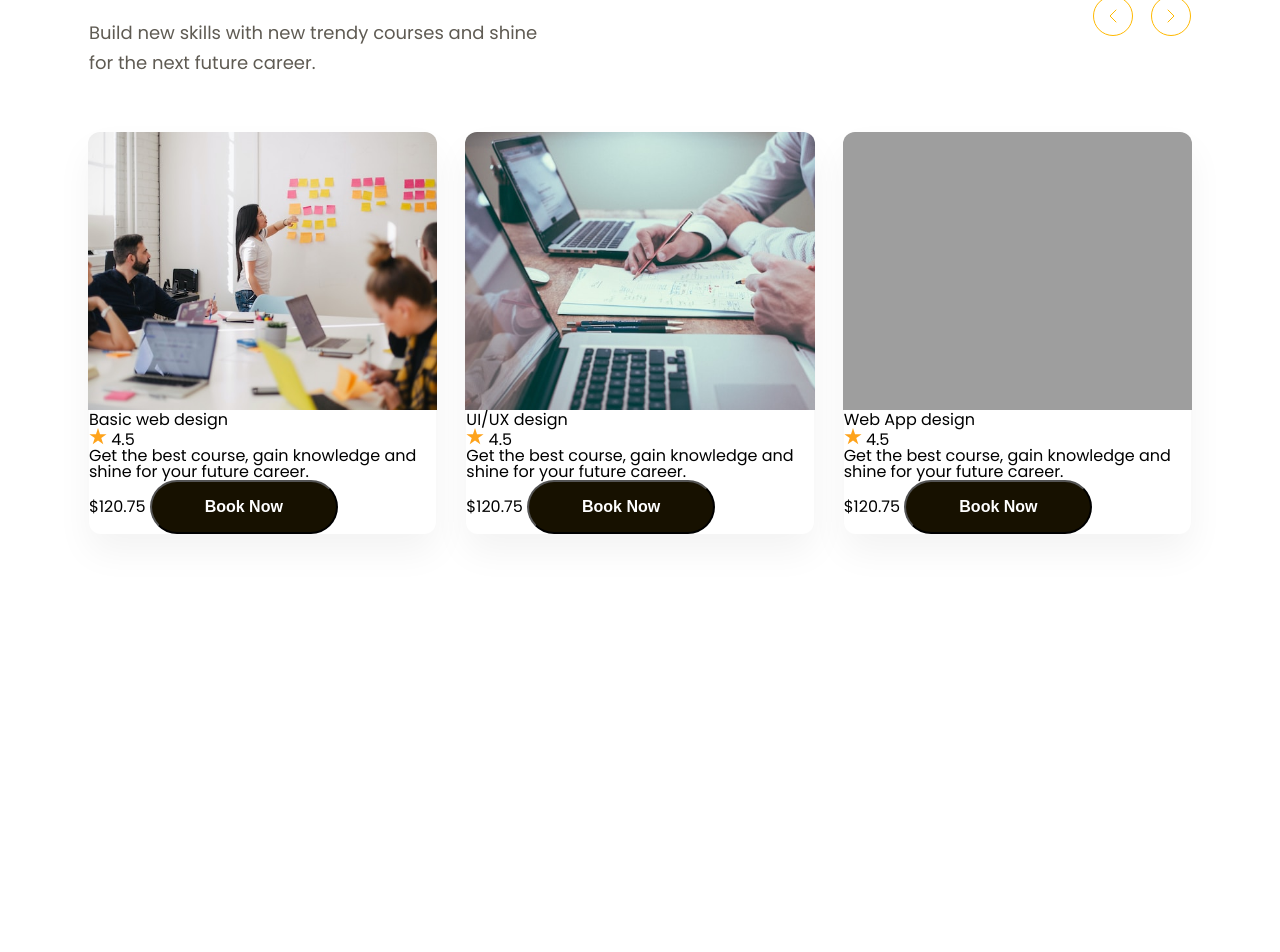
Repository: anhtien111198/f8-htmlcss-02
Page: index.html
An editor plug-in stored every save of this project. The page is shown before and after the next save, followed by the edit.
The browser window is 1280 px wide. The pictures show the part of the page from y = 1146 to 2098 px (the page is 5000 px tall).
Pictures or frames that could not be fetched are drawn as grey boxes. A picture or video elsewhere on the page could not be fetched, so the positions and the page height are approximate.

Above is the page before, as saved 2023-05-09 10:26:31.

After the next save:
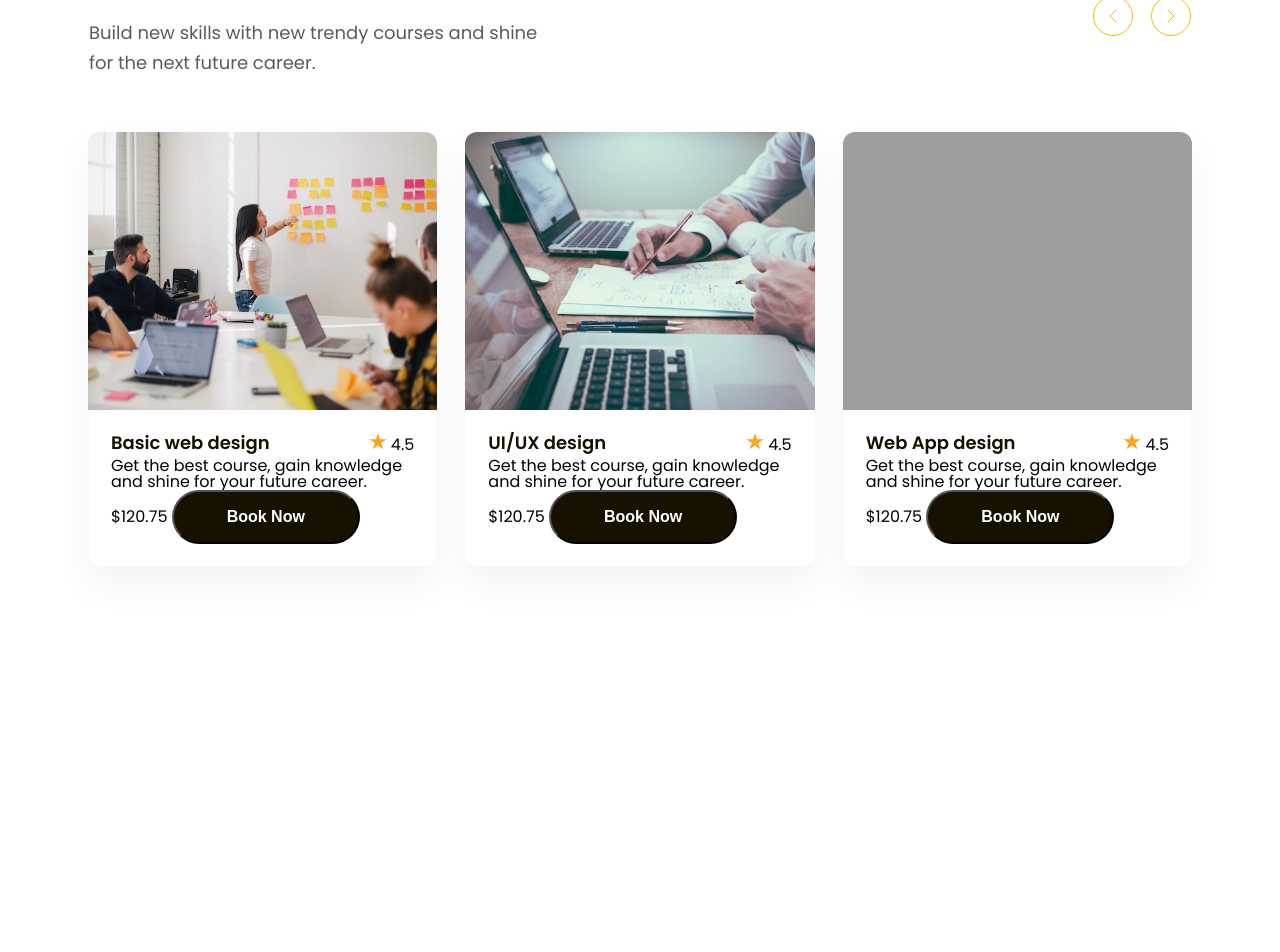
Saved 2 min 31 s later.
--- a/assets/css/style.css
+++ b/assets/css/style.css
@@ -288,3 +288,17 @@
     object-fit: cover;
     border-radius: 12px 12px 0px 0px;
 }
+.popular .course-item .info {
+    padding: 16px 22px 22px 22px;
+}
+.popular .course-item .head {
+    display: flex;
+    align-items: center;
+    justify-content: space-between;
+}
+.popular .course-item .title {
+    font-weight: 600;
+    font-size: 1.8rem;
+    line-height: 1.67;
+    color: #171100;
+}
